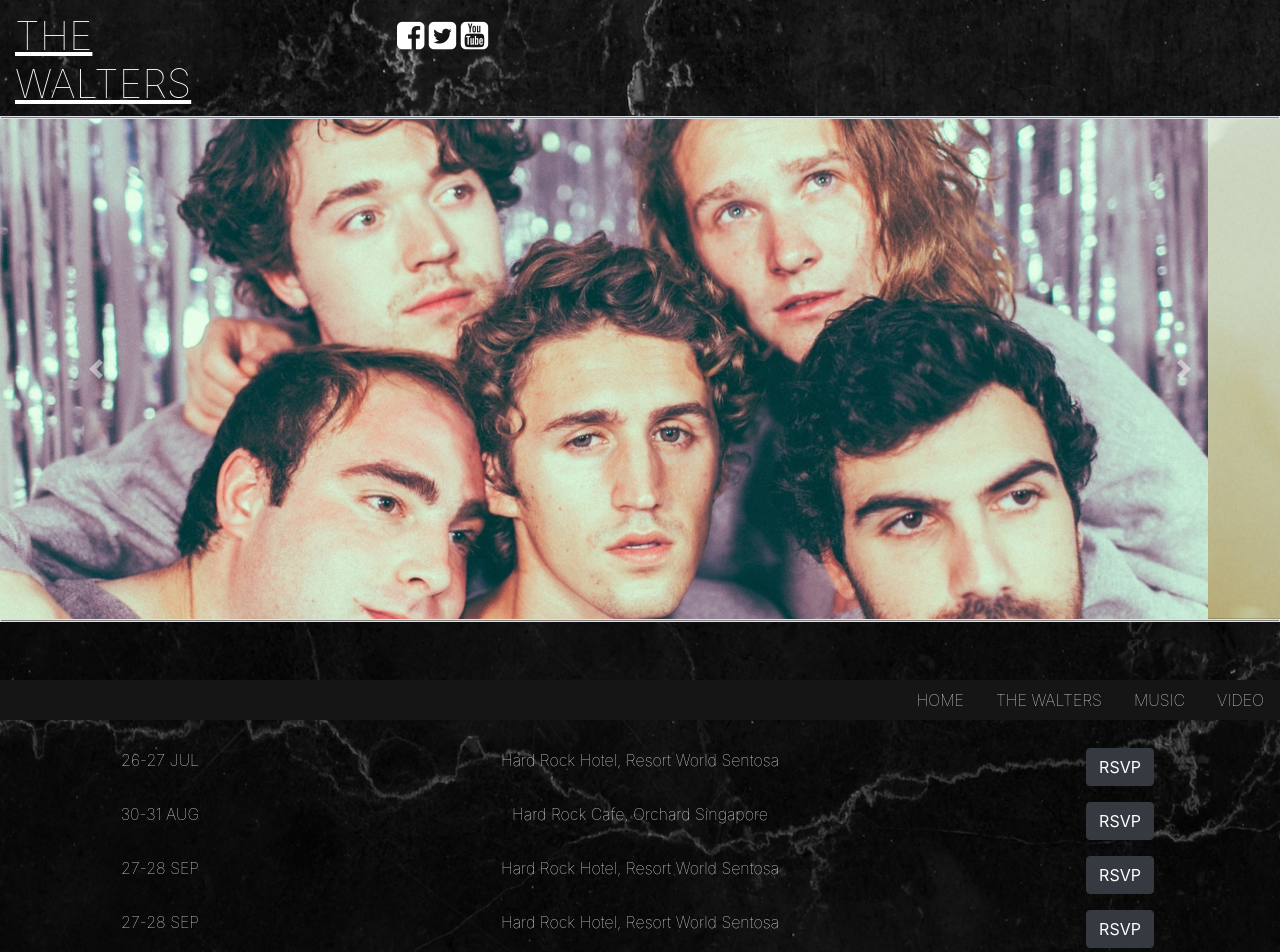
Repository: yucheng91/CIassignment1
Page: index.html
The author's editor kept a record of every edit. The page is drawn from the files as they stood at one moment, then again after the next edit.
The browser window is 1280 px wide. The pictures show the part of the page from y = 0 to 952 px (the page is 2528 px tall before and 2485 px after).

Above is the page before.

After the next edit:
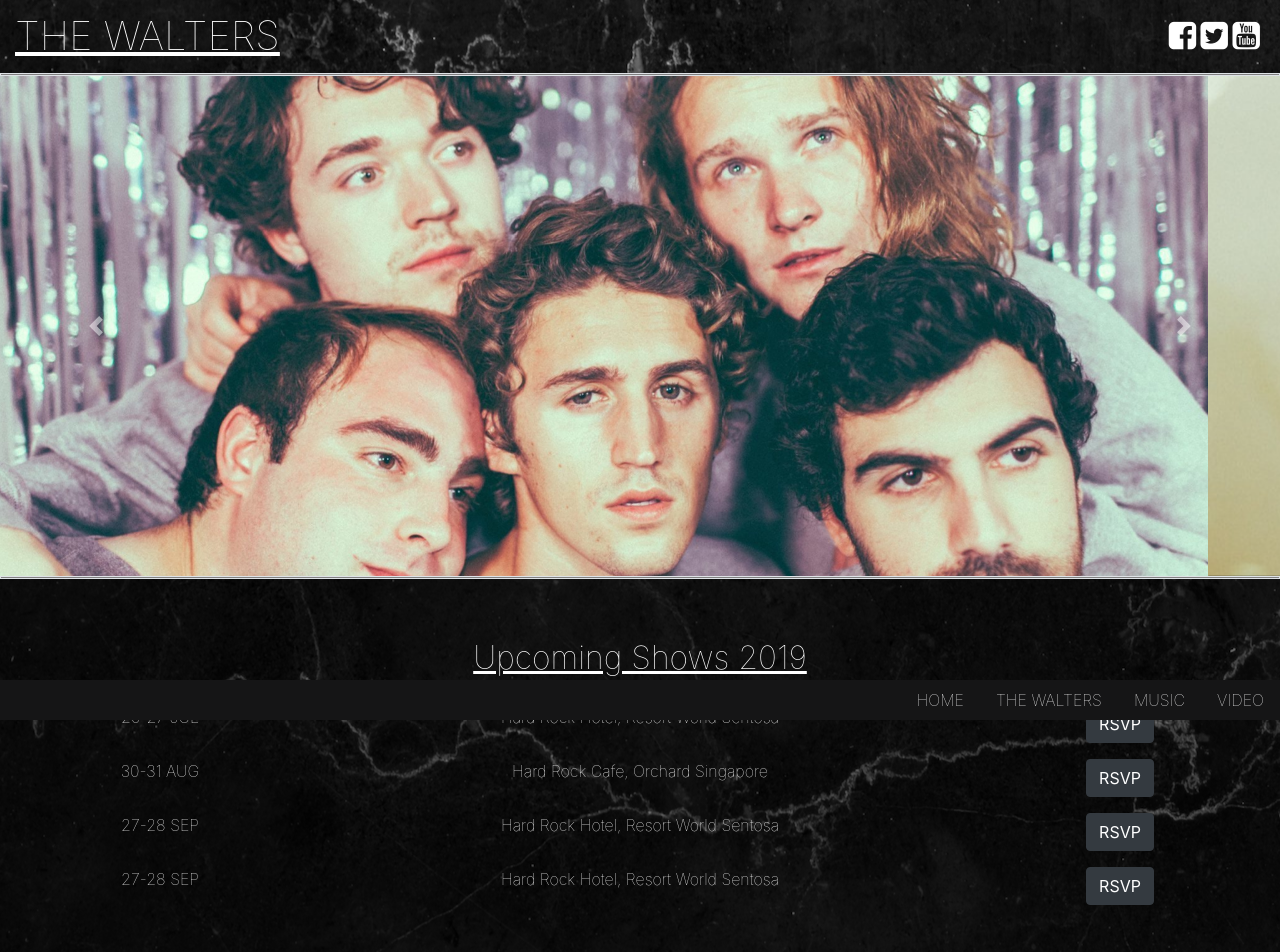
The edit:
--- a/index.html
+++ b/index.html
@@ -14,7 +14,6 @@
 
   <body>
     <header>
-      <a name="Home"/>
       <div class="container-fluid">
       <div class="row">
         <div class="col-10">
